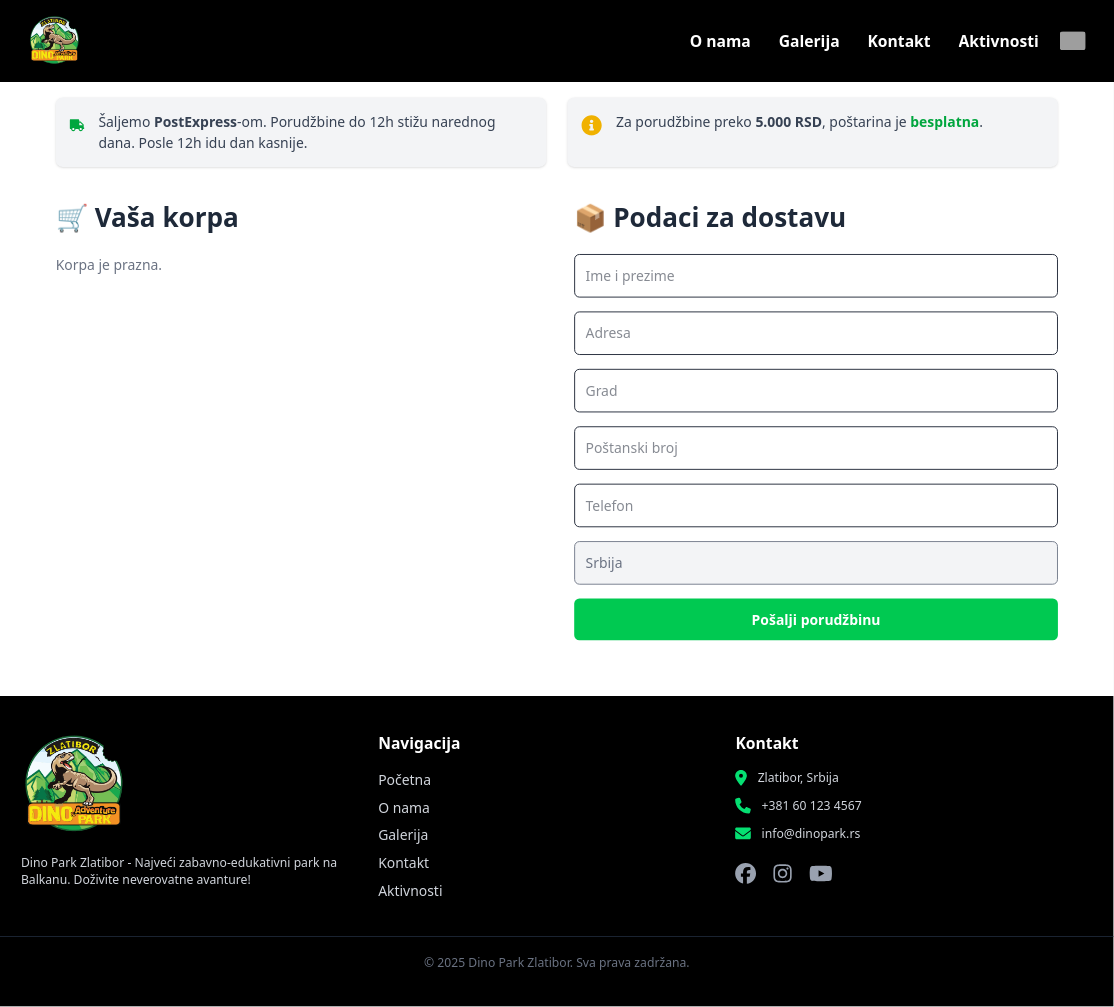
Repository: dimitrijekokovic/dinoparkk
Page: /shop/cart
An editor plug-in stored every save of this project. The page is shown before and after a run of saves, followed by the edit.
The browser window is 1280 px wide. The pictures show the whole page, at 87% of full size.
Pictures or frames that could not be fetched are drawn as grey boxes. The project was rebuilt for these pictures with package versions that can differ from the ones it lists, and the page was loaded fresh each time. The framework's server and built-in components were replaced by stand-ins that run in the browser. Also part of the build but not shown: next.config.ts.

Above is the page before, as saved 2025-03-22 12:50:11.

After the next 2 saves:
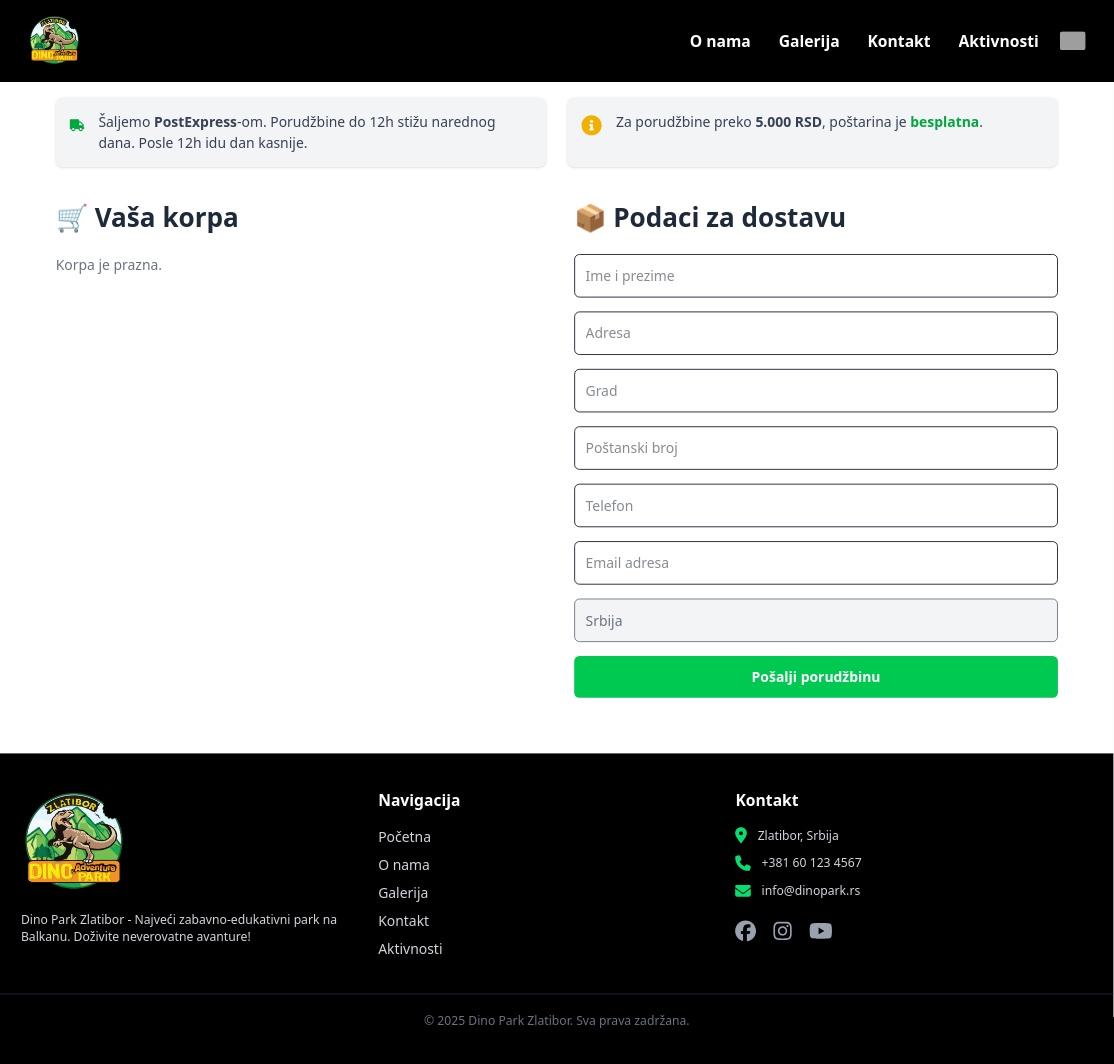
The 2 saves are shown as one change because 1 did not build or start.
The last was saved 5 min 35 s later.
--- a/app/shop/cart/page.tsx
+++ b/app/shop/cart/page.tsx
@@ -29,6 +29,71 @@ const CartPage = () => {
   const total = cartItems.reduce((acc, item) => acc + item.price, 0);
   const delivery = total >= FREE_DELIVERY_THRESHOLD ? 0 : DELIVERY_COST;
   const grandTotal = total + delivery;
+
+  const handleSubmit = async (e: React.FormEvent) => {
+    e.preventDefault();
+
+    const form = e.target as HTMLFormElement;
+    const name = form.name.value;
+    const address = form.address.value;
+    const city = form.city.value;
+    const postal = form.postal.value;
+    const phone = form.phone.value;
+    const email = form.email.value;
+
+    const fullAddress = `${address}, ${city} ${postal}`;
+
+    const cart = JSON.parse(localStorage.getItem("cart") || "[]");
+
+    if (!cart.length) {
+      alert("Korpa je prazna.");
+      return;
+    }
+
+    // Grupisanje proizvoda po ID-u
+    const itemsMap = new Map<number, { productId: number; quantity: number }>();
+    for (const item of cart) {
+      if (!item.id) continue;
+      if (itemsMap.has(item.id)) {
+        itemsMap.get(item.id)!.quantity++;
+      } else {
+        itemsMap.set(item.id, { productId: item.id, quantity: 1 });
+      }
+    }
+
+    const items = Array.from(itemsMap.values());
+
+    const payload = {
+      name,
+      address: fullAddress,
+      email,
+      phone,
+      items,
+    };
+
+    try {
+      const res = await fetch(
+        "https://dinoparkwebshop-backend-1081514700612.us-central1.run.app/api/Order",
+        {
+          method: "POST",
+          headers: { "Content-Type": "application/json" },
+          body: JSON.stringify(payload),
+        }
+      );
+
+      if (!res.ok) throw new Error("Neuspešno slanje porudžbine");
+
+      const data = await res.json();
+      alert("✅ Porudžbina uspešno poslata!");
+
+      localStorage.removeItem("cart");
+      window.dispatchEvent(new Event("cartUpdated"));
+      location.href = "/"; // ili redirect ka "hvala" stranici ako napraviš
+    } catch (err) {
+      alert("❌ Došlo je do greške. Pokušajte ponovo.");
+      console.error(err);
+    }
+  };
 
   return (
     <div className="min-h-screen bg-white pt-28 pb-16 px-4 md:px-12">
@@ -119,31 +184,48 @@ const CartPage = () => {
             <h2 className="text-3xl font-bold mb-6 text-gray-800">
               📦 Podaci za dostavu
             </h2>
-            <form className="space-y-4">
-              <input
-                type="text"
+            <form className="space-y-4" onSubmit={handleSubmit}>
+              <input
+                type="text"
+                name="name"
                 placeholder="Ime i prezime"
                 className="w-full p-3 border rounded-md"
-              />
-              <input
-                type="text"
+                required
+              />
+              <input
+                type="text"
+                name="address"
                 placeholder="Adresa"
                 className="w-full p-3 border rounded-md"
-              />
-              <input
-                type="text"
+                required
+              />
+              <input
+                type="text"
+                name="city"
                 placeholder="Grad"
                 className="w-full p-3 border rounded-md"
-              />
-              <input
-                type="text"
+                required
+              />
+              <input
+                type="text"
+                name="postal"
                 placeholder="Poštanski broj"
                 className="w-full p-3 border rounded-md"
+                required
               />
               <input
                 type="tel"
+                name="phone"
                 placeholder="Telefon"
                 className="w-full p-3 border rounded-md"
+                required
+              />
+              <input
+                type="email"
+                name="email"
+                placeholder="Email adresa"
+                className="w-full p-3 border rounded-md"
+                required
               />
               <input
                 type="text"
